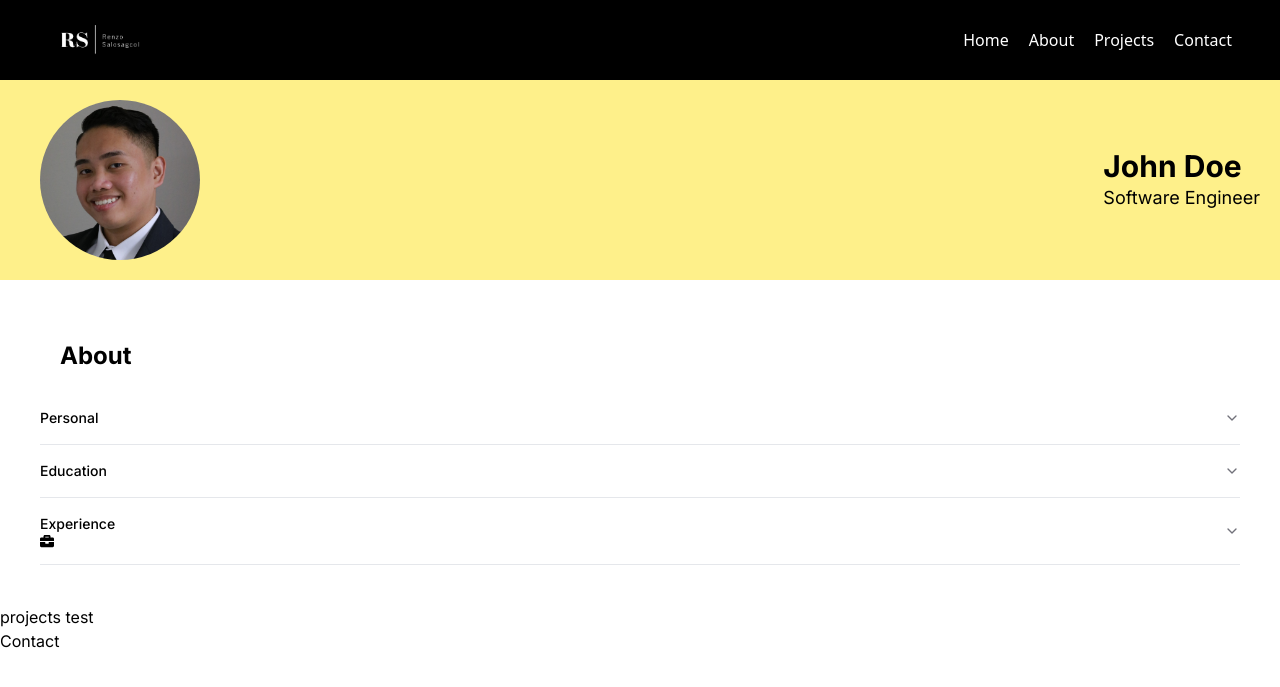
Repository: Renzo-Salosagcol/Portfolio-Website
Page: / (app in resume_website/)
These files come from the project's save history. The page is drawn as it stood at one moment and after the next save; the edit follows.
The browser window is 1280 px wide. The pictures show the whole page.
The project was rebuilt for these pictures with package versions that can differ from the ones it lists, and the page was loaded fresh each time. Also part of the build but not shown: resume_website/vite.config.js.

Above is the page before, as saved 2024-12-11 08:58:28.

### resume_website/index.html
<!doctype html>
<html lang="en">
  <head>
    <meta charset="UTF-8" />
    <link rel="icon" type="image/svg+xml" href="/vite.svg" />
    <meta name="viewport" content="width=device-width, initial-scale=1.0" />
    <title>Renzo Salosagcol</title>
  </head>
  <body>
    <div id="root"></div>
    <script type="module" src="/src/main.jsx"></script>
  </body>
</html>

### resume_website/src/index.css
@import url('https://fonts.googleapis.com/css2?family=Inter:opsz,wght@14..32,100..900&family=Roboto:wght@400;500;700&display=swap');

@tailwind base;
@tailwind components;
@tailwind utilities;

:root {
  font-family: "Inter", sans-serif;
}

### resume_website/src/App.jsx
import Nav from './components/Nav'
import Hero from "./components/Hero";
import About from "./components/about";
import Projects from "./components/projects";

const App = () => {
  return (
    <div>
      <div class="fixed h-full w-full bg-blue"><div class="absolute bottom-0 left-0 right-0 top-0 bg-[url(&#x27;/noise.png&#x27;)] bg-[size:300px_300px] bg-left-top"></div>
      </div>
      <nav className="fixed block w-full h-20 top-0">
        <Nav />
      </nav>
      <main className="mt-20">
        <Hero />
        <About />
        <Projects />

      </main>
      <footer>
        Contact
      </footer>
    </div>
  )
}

export default App;

### resume_website/src/components/Nav.jsx
import logoImage from "../assets/InitialPortfolioLogo.png";
import {
  NavigationMenu,
  NavigationMenuContent,
  NavigationMenuIndicator,
  NavigationMenuItem,
  NavigationMenuLink,
  NavigationMenuList,
  NavigationMenuTrigger,
  NavigationMenuViewport,
} from "../components/ui/navigation-menu";
import { navigationMenuTriggerStyle } from "../components/ui/navigation-menu";


const Nav = () => {
  return (
    <nav className="flex items-center bg-black w-full justify-between h-10 p-10 top-0">
      <div className="mx-5 flex-shrink-0">
        <img className="w-20 h-15" src={logoImage} alt="logo" />
      </div>
      <div className="flex-1 flex justify-end text-white">
        <NavigationMenu className="font-sans w-max">
          <NavigationMenuList className="flex">
            <NavigationMenuItem className="flex-1 px-2">
              <NavigationMenuLink href="#" className="hover:underline">Home</NavigationMenuLink>
            </NavigationMenuItem>
            <NavigationMenuItem className="flex-1 px-2">
              <NavigationMenuLink href="#" className="hover:underline">About</NavigationMenuLink>
            </NavigationMenuItem>
            <NavigationMenuItem className="flex-1 px-2">
              <NavigationMenuLink href="#" className="hover:underline">Projects</NavigationMenuLink>
            </NavigationMenuItem>
            <NavigationMenuItem className="flex-1 px-2">
              <NavigationMenuLink href="#" className="hover:underline">Contact</NavigationMenuLink>
            </NavigationMenuItem>
          </NavigationMenuList>
        </NavigationMenu>
      </div>
    </nav>
  );
}

export default Nav;

### resume_website/src/components/Hero.jsx
import profilePic from "../assets/ProfilePic.png";
import {HERO_INFO} from "../assets/constants";

const Hero = () => {
  return (
    <div className="bg-yellow-200 text-black w-full flex items-center justify-between p-5">
      <img src={ profilePic } alt="profile" className="w-50 h-40 rounded-full mx-5"/>
      <div className="justify-items-start">
        <h1 className="text-3xl font-bold">John Doe</h1>
        <p className="text-lg">Software Engineer</p>
      </div>
    </div>
  );
};

export default Hero;

### resume_website/src/components/about.jsx
import {
  Accordion,
  AccordionContent,
  AccordionItem,
  AccordionTrigger,
} from "@/components/ui/accordion"
import { FaBriefcase } from "react-icons/fa"


const About = () => {
  return (
    <div className="p-10">
      <h1 className="text-2xl font-bold p-5">About</h1>
      <Accordion type="single" collapsible className="w-full">
        <AccordionItem value="item-1">
          <AccordionTrigger>Personal</AccordionTrigger>
          <AccordionContent>
            Personal Text
          </AccordionContent>
        </AccordionItem>
        <AccordionItem value="item-2">
          <AccordionTrigger>Education</AccordionTrigger>
          <AccordionContent>
            Education Text
          </AccordionContent>
        </AccordionItem>
        <AccordionItem value="item-3">
          <AccordionTrigger className="">
            <p class>Experience<FaBriefcase></FaBriefcase></p>
          </AccordionTrigger>
          <AccordionContent>
            Skills Text
          </AccordionContent>
        </AccordionItem>
      </Accordion>
    </div>
  );
}

export default About;

### resume_website/src/components/projects.jsx
const Projects = () => {
  return (
    <div>
      projects test
    </div>
  );
}

export default Projects;

### resume_website/src/components/ui/navigation-menu.jsx
import * as React from "react"
import * as NavigationMenuPrimitive from "@radix-ui/react-navigation-menu"
import { cva } from "class-variance-authority"
import { ChevronDown } from "lucide-react"

import { cn } from "@/lib/utils"

const NavigationMenu = React.forwardRef(({ className, children, ...props }, ref) => (
  <NavigationMenuPrimitive.Root
    ref={ref}
    className={cn(
      "relative z-10 flex max-w-max flex-1 items-center justify-center",
      className
    )}
    {...props}>
    {children}
    <NavigationMenuViewport />
  </NavigationMenuPrimitive.Root>
))
NavigationMenu.displayName = NavigationMenuPrimitive.Root.displayName

const NavigationMenuList = React.forwardRef(({ className, ...props }, ref) => (
  <NavigationMenuPrimitive.List
    ref={ref}
    className={cn(
      "group flex flex-1 list-none items-center justify-center space-x-1",
      className
    )}
    {...props} />
))
NavigationMenuList.displayName = NavigationMenuPrimitive.List.displayName

const NavigationMenuItem = NavigationMenuPrimitive.Item

const navigationMenuTriggerStyle = cva(
  "group inline-flex h-9 w-max items-center justify-center rounded-md bg-white px-4 py-2 text-sm font-medium transition-colors hover:bg-zinc-100 hover:text-zinc-900 focus:bg-zinc-100 focus:text-zinc-900 focus:outline-none disabled:pointer-events-none disabled:opacity-50 data-[active]:bg-zinc-100/50 data-[state=open]:bg-zinc-100/50 dark:bg-zinc-950 dark:hover:bg-zinc-800 dark:hover:text-zinc-50 dark:focus:bg-zinc-800 dark:focus:text-zinc-50 dark:data-[active]:bg-zinc-800/50 dark:data-[state=open]:bg-zinc-800/50"
)

const NavigationMenuTrigger = React.forwardRef(({ className, children, ...props }, ref) => (
  <NavigationMenuPrimitive.Trigger
    ref={ref}
    className={cn(navigationMenuTriggerStyle(), "group", className)}
    {...props}>
    {children}{""}
    <ChevronDown
      className="relative top-[1px] ml-1 h-3 w-3 transition duration-300 group-data-[state=open]:rotate-180"
      aria-hidden="true" />
  </NavigationMenuPrimitive.Trigger>
))
NavigationMenuTrigger.displayName = NavigationMenuPrimitive.Trigger.displayName

const NavigationMenuContent = React.forwardRef(({ className, ...props }, ref) => (
  <NavigationMenuPrimitive.Content
    ref={ref}
    className={cn(
      "left-0 top-0 w-full data-[motion^=from-]:animate-in data-[motion^=to-]:animate-out data-[motion^=from-]:fade-in data-[motion^=to-]:fade-out data-[motion=from-end]:slide-in-from-right-52 data-[motion=from-start]:slide-in-from-left-52 data-[motion=to-end]:slide-out-to-right-52 data-[motion=to-start]:slide-out-to-left-52 md:absolute md:w-auto",
      className
    )}
    {...props} />
))
NavigationMenuContent.displayName = NavigationMenuPrimitive.Content.displayName

const NavigationMenuLink = NavigationMenuPrimitive.Link

const NavigationMenuViewport = React.forwardRef(({ className, ...props }, ref) => (
  <div className={cn("absolute left-0 top-full flex justify-center")}>
    <NavigationMenuPrimitive.Viewport
      className={cn(
        "origin-top-center relative mt-1.5 h-[var(--radix-navigation-menu-viewport-height)] w-full overflow-hidden rounded-md border border-zinc-200 bg-white text-zinc-950 shadow data-[state=open]:animate-in data-[state=closed]:animate-out data-[state=closed]:zoom-out-95 data-[state=open]:zoom-in-90 md:w-[var(--radix-navigation-menu-viewport-width)] dark:border-zinc-800 dark:bg-zinc-950 dark:text-zinc-50",
        className
      )}
      ref={ref}
      {...props} />
  </div>
))
NavigationMenuViewport.displayName =
  NavigationMenuPrimitive.Viewport.displayName

const NavigationMenuIndicator = React.forwardRef(({ className, ...props }, ref) => (
  <NavigationMenuPrimitive.Indicator
    ref={ref}
    className={cn(
      "top-full z-[1] flex h-1.5 items-end justify-center overflow-hidden data-[state=visible]:animate-in data-[state=hidden]:animate-out data-[state=hidden]:fade-out data-[state=visible]:fade-in",
      className
    )}
    {...props}>
    <div
      className="relative top-[60%] h-2 w-2 rotate-45 rounded-tl-sm bg-zinc-200 shadow-md dark:bg-zinc-800" />
  </NavigationMenuPrimitive.Indicator>
))
NavigationMenuIndicator.displayName =
  NavigationMenuPrimitive.Indicator.displayName

export {
  navigationMenuTriggerStyle,
  NavigationMenu,
  NavigationMenuList,
  NavigationMenuItem,
  NavigationMenuContent,
  NavigationMenuTrigger,
  NavigationMenuLink,
  NavigationMenuIndicator,
  NavigationMenuViewport,
}

### resume_website/src/assets/constants.js
export const HERO_INFO = "I am a software engineer with a passion for creating and developing software applications. I have experience in developing web applications using React, Node.js, and Express.js. I have also worked on developing mobile applications using React Native. I am always looking to learn new technologies and improve my skills. I am a quick learner and a team player"

export const PERSONAL_INFO = "Personal: John Doe is located in Fullerton, California, United States. Contact: johndoe@example.com | (123) 456-7890. LinkedIn: linkedin.com/in/johndoe. Passionate and results-oriented software engineer with 5+ years of experience in developing scalable web applications. Adept at collaborating with cross-functional teams and committed to staying updated with the latest industry trends."

export const EDUCATION_INFO = "Education: Master of Science in Computer Science, University of California, Irvine, CA. Graduated: June 2022. Relevant Courses: Advanced Algorithms, Machine Learning, Distributed Systems. Bachelor of Science in Computer Science, California State University, Fullerton, CA. Graduated: May 2020. Relevant Courses: Data Structures, Database Management, Software Engineering."

export const EXPERIENCE_INFO = "Experience: Software Engineer at Tech Innovators Inc., Los Angeles, CA (June 2022 - Present). Developed and maintained web applications using React, Node.js, and MongoDB. Implemented RESTful APIs to enhance the functionality of the company's services. Collaborated with the product team to design and optimize user experiences. Junior Software Developer at Web Solutions LLC, Anaheim, CA (August 2020 - May 2022). Assisted in the development of e-commerce websites using HTML, CSS, and JavaScript. Worked closely with senior developers to troubleshoot and resolve software issues. Participated in code reviews and contributed to the improvement of development processes. Intern at Digital Innovations, Santa Ana, CA (June 2019 - August 2019). Supported the development of mobile applications using Flutter. Conducted testing and debugging to ensure app functionality and performance. Engaged in team meetings to discuss project progress and challenges."

### resume_website/src/components/ui/accordion.jsx
import * as React from "react"
import * as AccordionPrimitive from "@radix-ui/react-accordion"
import { ChevronDown } from "lucide-react"

import { cn } from "@/lib/utils"

const Accordion = AccordionPrimitive.Root

const AccordionItem = React.forwardRef(({ className, ...props }, ref) => (
  <AccordionPrimitive.Item ref={ref} className={cn("border-b", className)} {...props} />
))
AccordionItem.displayName = "AccordionItem"

const AccordionTrigger = React.forwardRef(({ className, children, ...props }, ref) => (
  <AccordionPrimitive.Header className="flex">
    <AccordionPrimitive.Trigger
      ref={ref}
      className={cn(
        "flex flex-1 items-center justify-between py-4 text-sm font-medium transition-all hover:underline text-left [&[data-state=open]>svg]:rotate-180",
        className
      )}
      {...props}>
      {children}
      <ChevronDown
        className="h-4 w-4 shrink-0 text-zinc-500 transition-transform duration-200 dark:text-zinc-400" />
    </AccordionPrimitive.Trigger>
  </AccordionPrimitive.Header>
))
AccordionTrigger.displayName = AccordionPrimitive.Trigger.displayName

const AccordionContent = React.forwardRef(({ className, children, ...props }, ref) => (
  <AccordionPrimitive.Content
    ref={ref}
    className="overflow-hidden text-sm data-[state=closed]:animate-accordion-up data-[state=open]:animate-accordion-down"
    {...props}>
    <div className={cn("pb-4 pt-0", className)}>{children}</div>
  </AccordionPrimitive.Content>
))
AccordionContent.displayName = AccordionPrimitive.Content.displayName

export { Accordion, AccordionItem, AccordionTrigger, AccordionContent }

Loaded but not shown: resume_website/src/main.jsx (common file); resume_website/src/lib/utils.js (common file); resume_website/tailwind.config.js (common file)

After the next save:
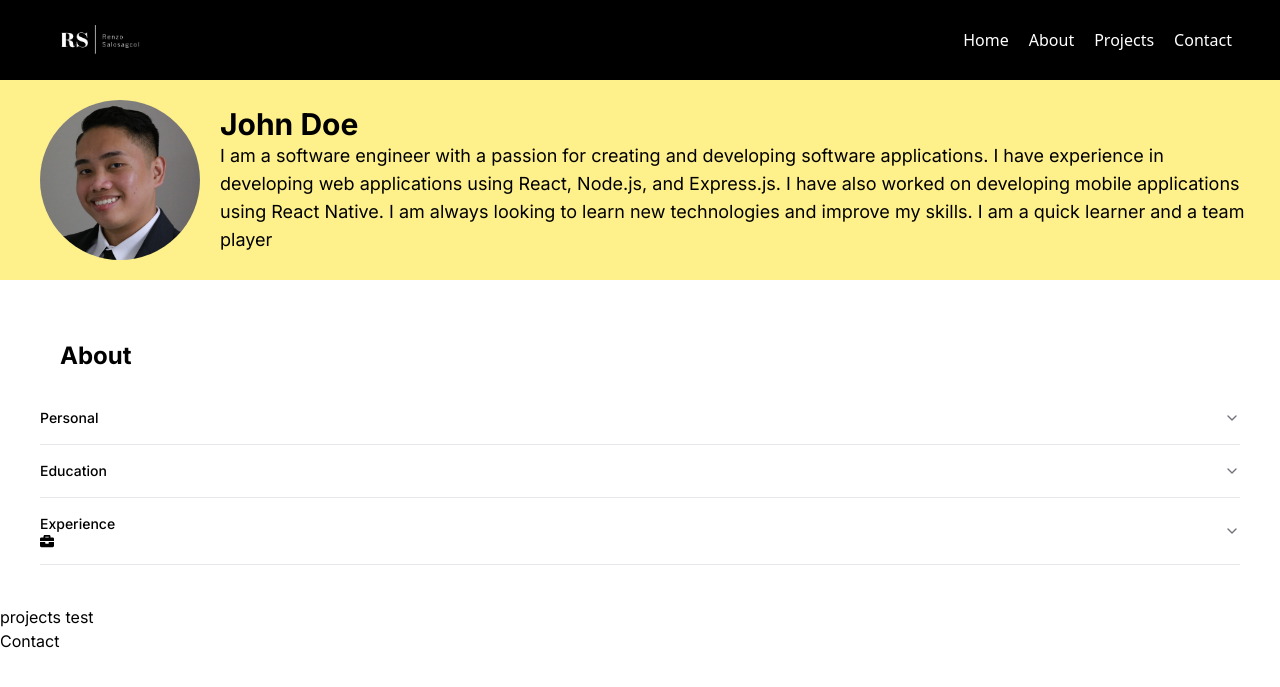
Saved 13 s later.
--- a/resume_website/src/components/Hero.jsx
+++ b/resume_website/src/components/Hero.jsx
@@ -7,7 +7,7 @@ const Hero = () => {
       <img src={ profilePic } alt="profile" className="w-50 h-40 rounded-full mx-5"/>
       <div className="justify-items-start">
         <h1 className="text-3xl font-bold">John Doe</h1>
-        <p className="text-lg">Software Engineer</p>
+        <p className="text-lg">{HERO_INFO}</p>
       </div>
     </div>
   );
